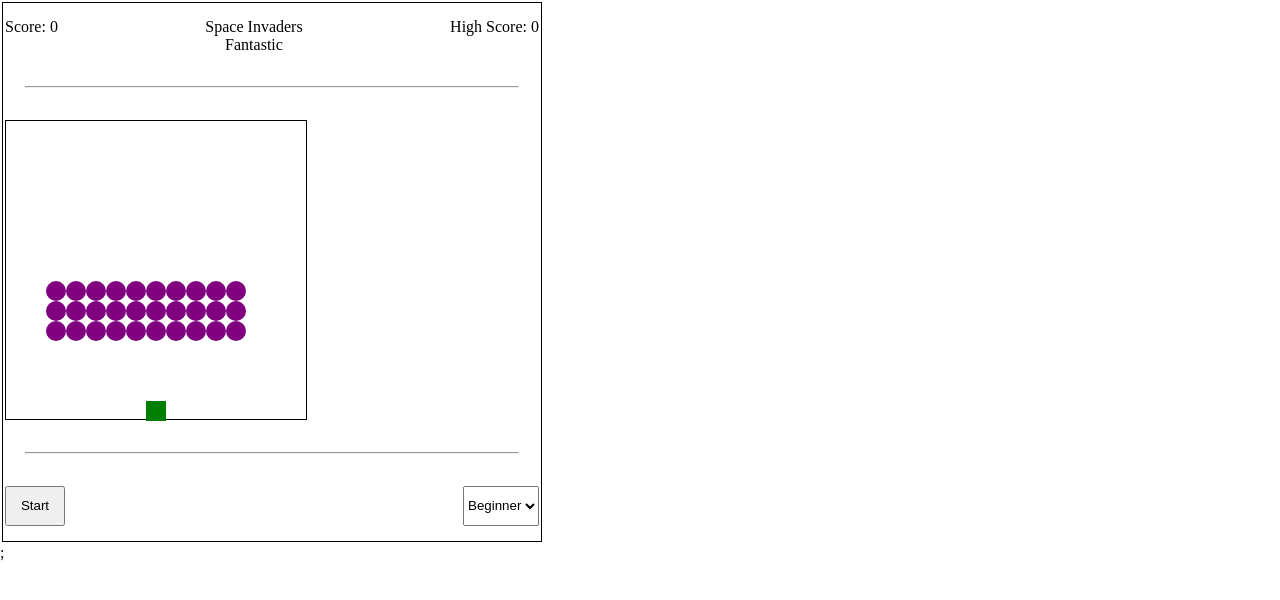
Repository: baziz22/Vanilla_JS_Projects
Page: space invaders/index.html
An editor plug-in stored every save of this project. The page is shown before and after the next save, followed by the edit.
The browser window is 1280 px wide. The pictures show the whole page.

Above is the page before, as saved 2022-02-20 02:19:47.

After the next save:
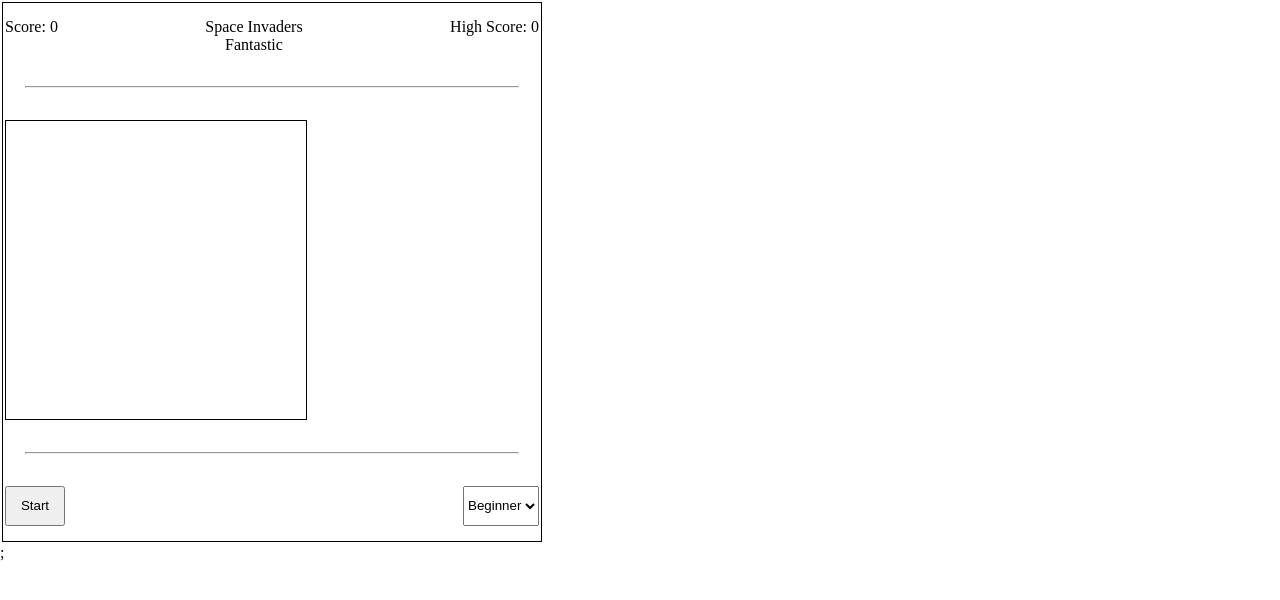
Console error: SyntaxError: Invalid or unexpected token
Saved 103 s later.
--- a/space invaders/script.js
+++ b/space invaders/script.js
@@ -4,6 +4,7 @@
 let direction = 1;
 let invadersId;
 let goingRight = true;
+const resultDisplay = document.querySelector(#)
 
 for (let i = 0; i < 225; i++) {
   const square = document.createElement('div');
@@ -70,7 +71,8 @@
   }
   draw();
 
-  if (squares[currentShooterIndex].classList.contains('invader', 'shooter')) {
+    if (squares[currentShooterIndex].classList.contains('invader', 'shooter')) {
+      resultDisplay.innerHTML = 'GAME OVER'
     console.log('boOoOom');
     clearInterval(invadersId);
   }

After the 2 saves that followed:
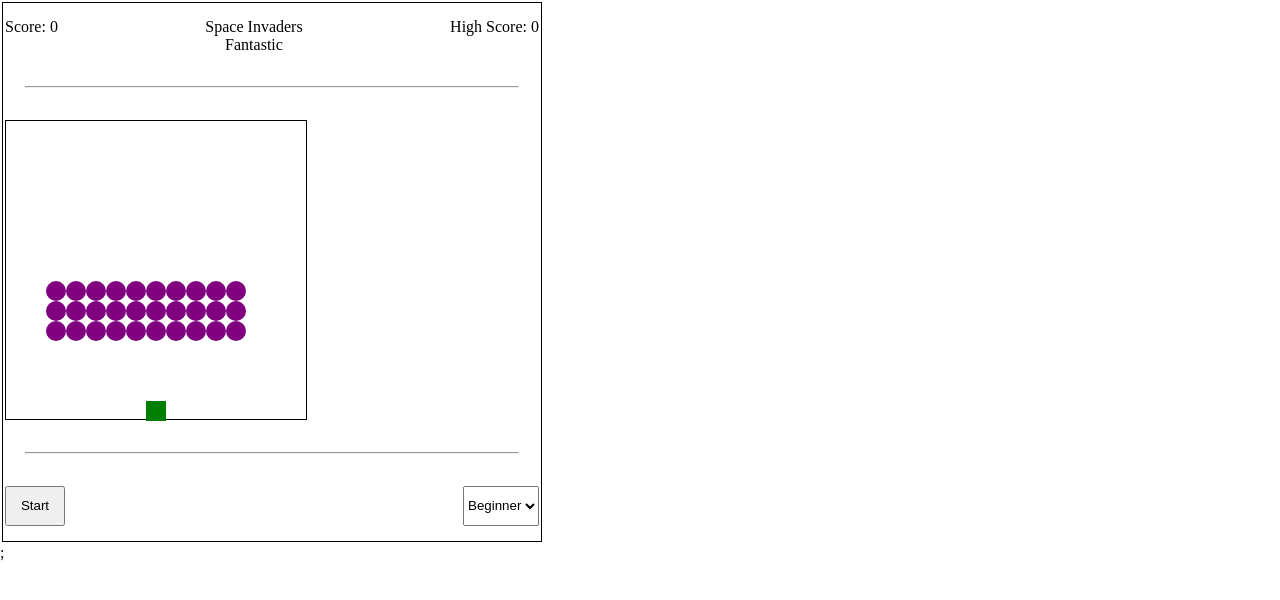
The error is gone.
The 2 saves are shown as one change because 1 left the picture as it was.
The last was saved 3 min 42 s later.
--- a/space invaders/script.js
+++ b/space invaders/script.js
@@ -4,7 +4,7 @@
 let direction = 1;
 let invadersId;
 let goingRight = true;
-const resultDisplay = document.querySelector(#)
+const resultDisplay = document.querySelector('#messages');
 
 for (let i = 0; i < 225; i++) {
   const square = document.createElement('div');
@@ -71,8 +71,8 @@
   }
   draw();
 
-    if (squares[currentShooterIndex].classList.contains('invader', 'shooter')) {
-      resultDisplay.innerHTML = 'GAME OVER'
+  if (squares[currentShooterIndex].classList.contains('invader', 'shooter')) {
+    resultDisplay.innerHTML = 'GAME OVER';
     console.log('boOoOom');
     clearInterval(invadersId);
   }
